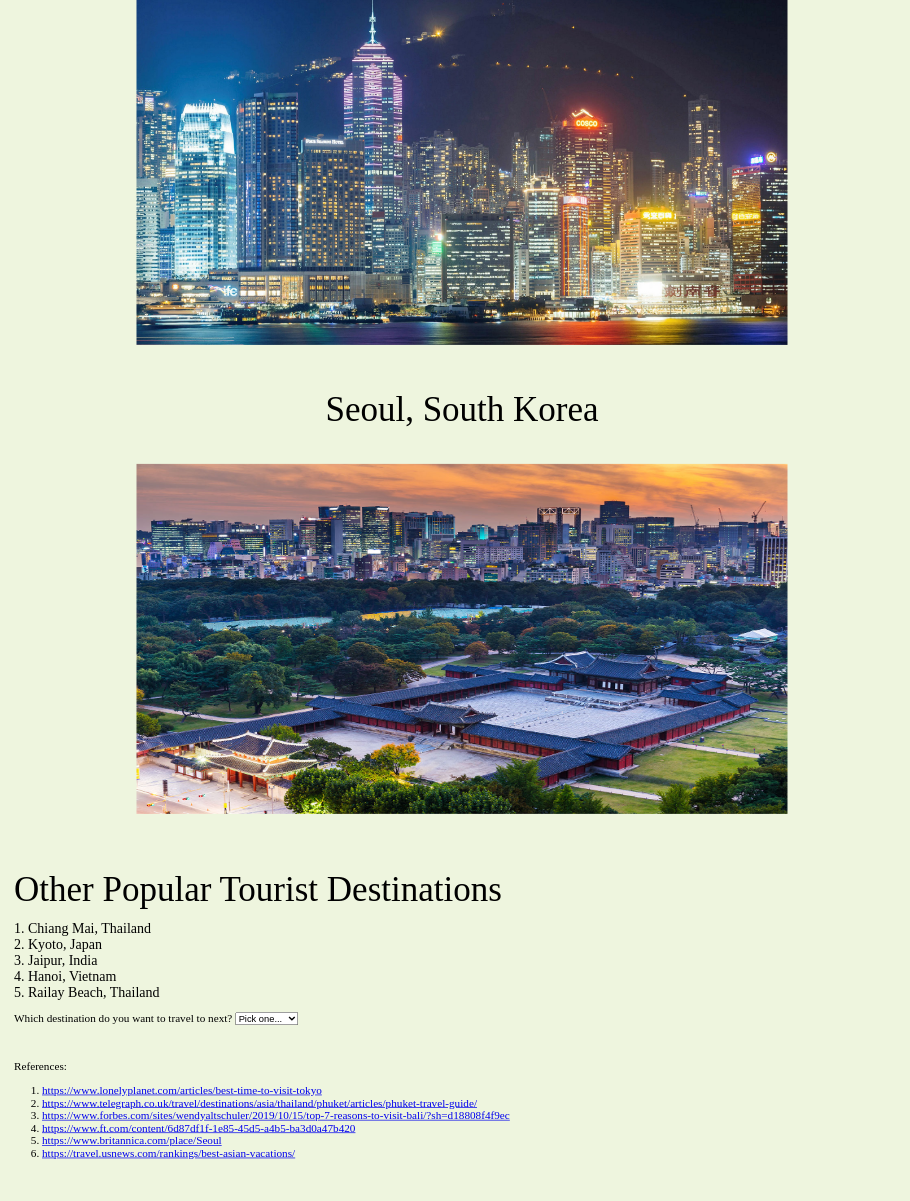
Repository: alharama/StaticWebsite
Page: as_page.html
The author's editor kept a copy of each file at every save. The page is drawn from the files as they stood at one save, then again after the next save.
The browser window is 1280 px wide. The page is 1300 px wide, so the pictures cover 1300 px, including what lies to the right of the window. The pictures show the part of the page from y = 2824 to 4704 px (the page is 4539 px tall before and 4704 px after), at 70% of full size.

Above is the page before, as saved 2021-10-07 20:49:52.

### as_page.html
<!DOCTYPE html>
<html lang="en">
<head>

    <link rel = "stylesheet" type="text/css" href="CSS/stylesheet.css">
    <link rel="icon" href="World.ico">

    <title> Asia </title>

    <style>

        #as {
            display: block;
            margin-left: auto;
            margin-right: auto;
            margin-top: 30px;
            width: auto;
            height: 300px;

        }


    </style>

    <script>
        function displayRadioValue() {
            var ele = document.getElementsByName('dest_option');

            for(i = 0; i < ele.length; i++) {
                if(ele[i].checked)
                document.getElementById("result").innerHTML = "Destination: "+ele[i].value;
            }
        }
    </script>

</head>

<body>
    <header>
        Asia


        <div id="languages">
            <div>Hello</div>
            <div>Bonjour</div>
            <div>Marhabaan</div>
            <div>Zdravstvuyte</div>
            <div>nǐ hǎo</div>
            <div>Salve</div>
            <div>Konnichiwa</div>
            <div>Guten Tag</div>
            <div>Goddag</div>
            <div>Shikamoo</div>
        </div>
    </header>


        <nav class="top_nav">
            <ul id="top_nav">
                <li><a href="/index.html">Home</a></li>
                <li><a href="/na_page.html">North America</a></li>
                <li><a href="/sa_page.html">South America</a></li>
                <li><a href="/eu_page.html">Europe</a></li>
                <li><a href="/af_page.html">Africa</a></li>
                <li><a href="/as_page.html">Asia</a></li>
                <li><a href="/au_page.html">Australia</a></li>
                <li><a href="/ant_page.html">Antarctica</a></li>
            </ul>
        </nav>


        <img id="as" src="images/Asia.png" alt="Asia">
        <h1> Top Tourist Destinations in Asia</h1>


        <ul class = "tourist_spots">
            <li> Tokyo, Japan </li>

            <li><img class="dest" src="images/tokyo.jpeg" alt="Tokyo"></li>
            <li> Phuket, Thailand </li>
            <li><img class = "dest" src="images/Phuket.webp" alt="Phuket"></li>
            <li> Bali, Indonesia</li>
            <li><img class = "dest" src="images/Bali.jpg" alt = "Bali"></li>
            <li> Hong Kong, China</li>
            <li><img class = "dest" src="images/HongKong.jpeg" alt="Hong Kong"></li>
            <li> Seoul, South Korea</li>
            <li><img class="dest" src="images/Seoul.jpeg" alt="Seoul"> </li>

        </ul>
            <div class = "extra_destinations">
                <div id="other_dest_header"> Other Popular Tourist Destinations</div>
                <ol>
                    <li>  Chiang Mai, Thailand</li>
                    <li> Kyoto, Japan</li>
                    <li> Jaipur, India</li>
                    <li> Hanoi, Vietnam</li>
                    <li> Railay Beach, Thailand</li>
                </ol>
            </div>





        <div id="survey">

            Which destination do you want to travel to next?
            <select>
                <option>Pick one...</option>
                <option>Tokyo</option>
                <option>Phuket</option>
                <option>Bali</option>
                <option>Hong Kong</option>
                <option>Seoul</option>
                <option>Chiang Mai</option>
                <option>Kyoto</option>
            </select>

        </div>

        <footer>

            References:

            <ol>
                <li><a href="https://www.lonelyplanet.com/articles/best-time-to-visit-tokyo">https://www.lonelyplanet.com/articles/best-time-to-visit-tokyo</a></li>
                <li><a href="https://www.telegraph.co.uk/travel/destinations/asia/thailand/phuket/articles/phuket-travel-guide/">https://www.telegraph.co.uk/travel/destinations/asia/thailand/phuket/articles/phuket-travel-guide/</a></li>
                <li><a href="https://www.forbes.com/sites/wendyaltschuler/2019/10/15/top-7-reasons-to-visit-bali/?sh=d18808f4f9ec">https://www.forbes.com/sites/wendyaltschuler/2019/10/15/top-7-reasons-to-visit-bali/?sh=d18808f4f9ec</a></li>
                <li><a href="https://www.ft.com/content/6d87df1f-1e85-45d5-a4b5-ba3d0a47b420">https://www.ft.com/content/6d87df1f-1e85-45d5-a4b5-ba3d0a47b420</a></li>
                <li><a href="https://www.britannica.com/place/Seoul">https://www.britannica.com/place/Seoul</a></li>
                <li><a href="https://travel.usnews.com/rankings/best-asian-vacations/">https://travel.usnews.com/rankings/best-asian-vacations/</a></li>
            </ol>

        </footer>


    </body>

</html>

### CSS/stylesheet.css

 @import url('https://fonts.googleapis.com/css2?family=Kaushan+Script&display=swap');



 header {
    text-align: center;
    padding: 5px;
    font-family: 'Kaushan Script', cursive;
    font-size: 100px;
    border-bottom: 1px solid;
    background-color: rgb(183, 184, 146);

}

#container {
    min-height:100%;
    position:relative;
}

body{
    background: rgb(238, 245, 222);
    margin: 0px;
    padding-bottom: 100px;
}

.top_nav {
    width: 100%;
    font-size: 40px;
    text-align: center;
    color: red;

}

.top_nav ul {
    margin: 0px;
    color: blue;
}

.top_nav li {
    display: inline-block;

}

.top_nav a {
    text-decoration:underline;
    color: rgb(175, 52, 52);

}

.top_nav a:hover {
    background-color: lightgray;
}


#languages{

    display: flex;
    font-size: 20px;
    justify-content:space-around;
}



 h1 {
    text-align: center;
    font-family: 'Kaushan Script', cursive;
}

.tourist_spots {
    text-align: center;
}
.tourist_spots li {
    list-style: none;
    text-align: center;
    font-size: 50px;

}




.dest {
    width: 75%;
    height: 50%;
    height: 500px;
    padding: 50px;
}

#other_dest_header {
    padding-left: 20px;
    font-size: 50px;
}
.extra_destinations li{

    font-size: 20px;
}

#survey {
    margin-left: 20px;
}

#result {
    padding-top: 5px;
    font-family: 'Kaushan Script';
}


footer {
    position: relative;
    bottom: 0;
    width: 100%;
    height: 100px;
    padding-left: 20px;
    padding-top: 50px;
    color: black;

}

After the next save:
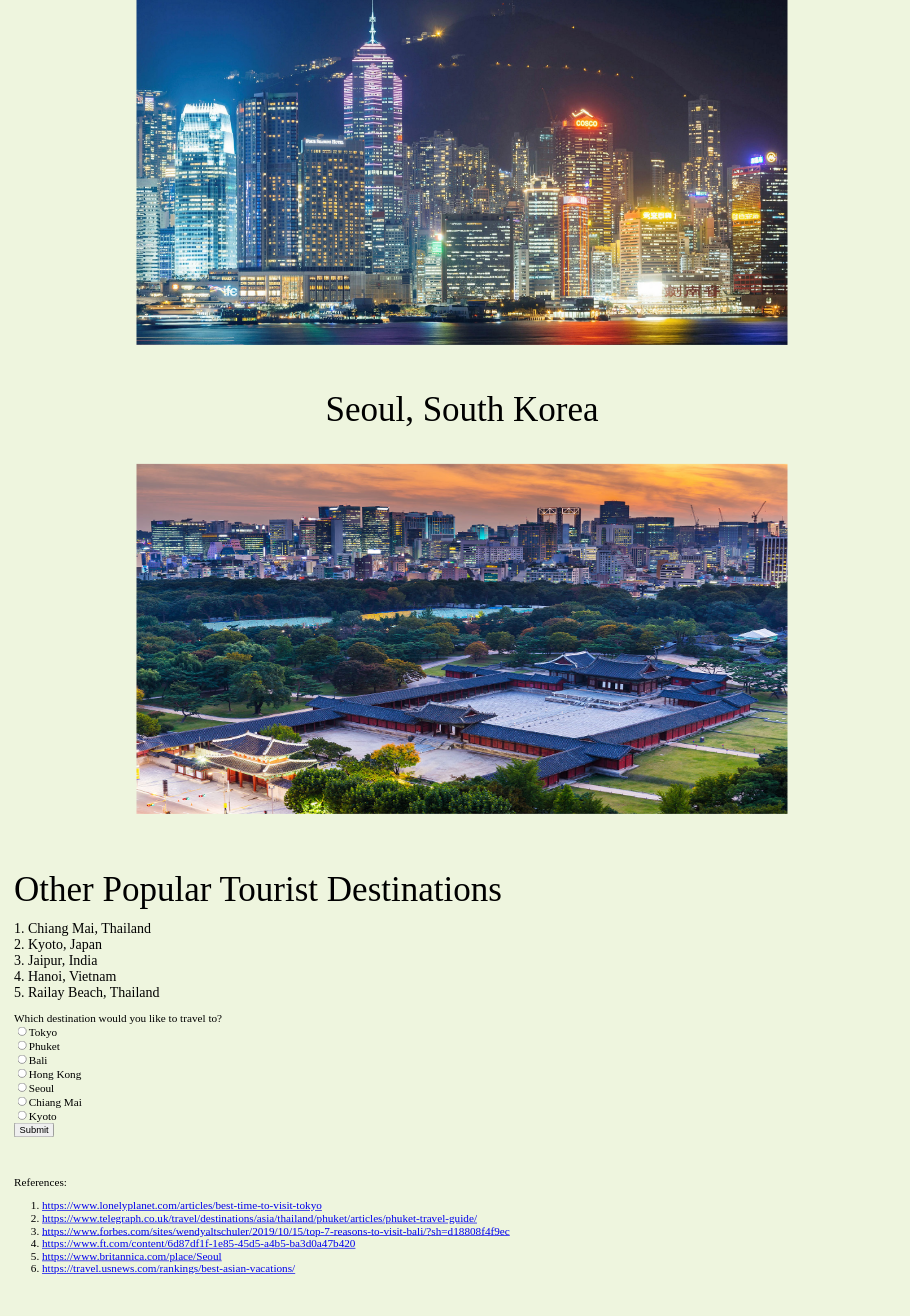
Saved 108 s later.
--- a/as_page.html
+++ b/as_page.html
@@ -104,17 +104,23 @@
 
         <div id="survey">
 
-            Which destination do you want to travel to next?
-            <select>
-                <option>Pick one...</option>
-                <option>Tokyo</option>
-                <option>Phuket</option>
-                <option>Bali</option>
-                <option>Hong Kong</option>
-                <option>Seoul</option>
-                <option>Chiang Mai</option>
-                <option>Kyoto</option>
-            </select>
+
+            Which destination would you like to travel to?
+            <form>
+
+                <input type="radio" name="dest_option" value="Tokyo">Tokyo<br>
+                <input type="radio" name="dest_option" value="Phuket">Phuket<br>
+                <input type="radio" name="dest_option" value="Bali">Bali<br>
+                <input type="radio" name="dest_option" value="Hong Kong">Hong Kong<br>
+                <input type="radio" name="dest_option" value="Seoul">Seoul<br>
+                <input type="radio" name="dest_option" value="Chiang Mai">Chiang Mai<br>
+                <input type="radio" name="dest_option" value="Kyoto">Kyoto<br>
+                <button type="button" onclick="displayRadioValue()">
+                    Submit
+                </button>
+
+                <div id="result"></div>
+            </form>
 
         </div>
 
